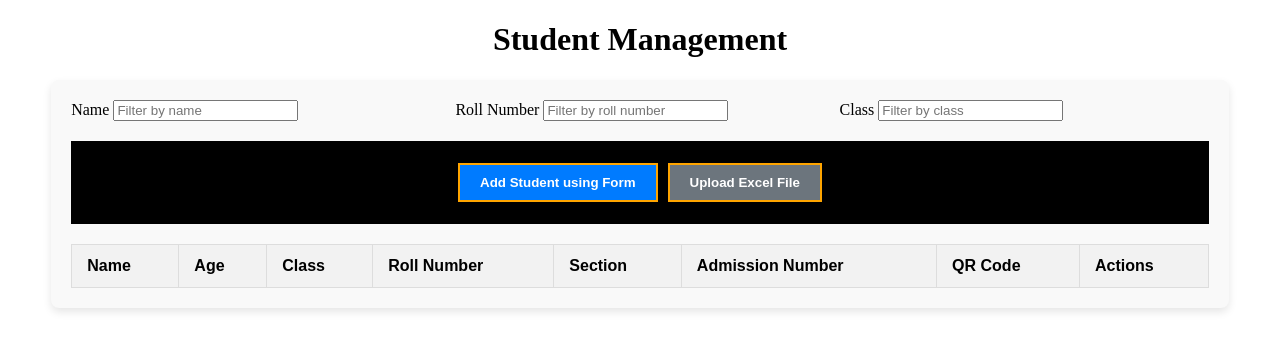
Repository: Hitesh8980/Student_Management
Page: / (app in Front-end/)
An editor plug-in stored every save of this project. The page is shown before and after the next save, followed by the edit.
The browser window is 1280 px wide. The pictures show the whole page.
The page's requests for data from a server got no answer. The project was rebuilt for these pictures with package versions that can differ from the ones it lists, and the page was loaded fresh each time. No one was signed in, and anything a server would have sent is missing. Also part of the build but not shown: Front-end/vite.config.js, Front-end/src/components/QrcodeGenerator.jsx, Front-end/src/components/StudentForm.jsx, Front-end/src/components/Fileupload.jsx.

Above is the page before, as saved 2024-09-18 17:01:55.

After the next save:
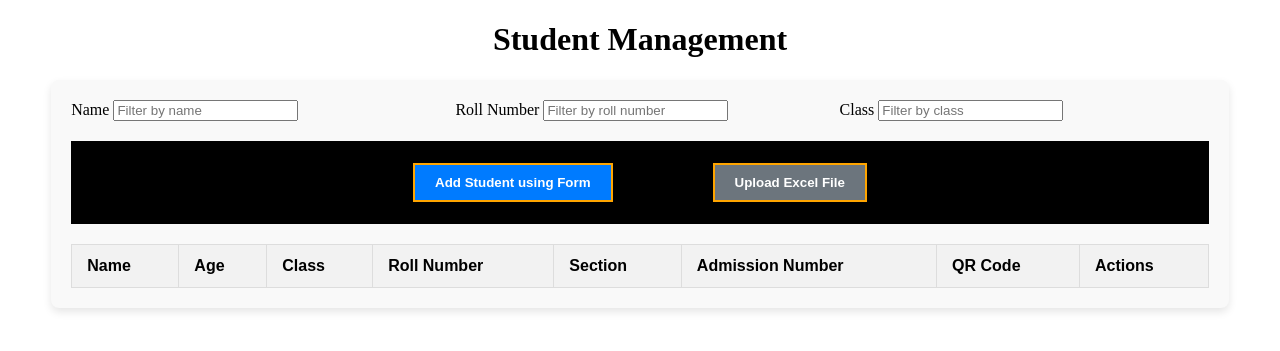
Saved 21 s later.
--- a/Front-end/src/components/Studentlist.jsx
+++ b/Front-end/src/components/Studentlist.jsx
@@ -126,7 +126,7 @@ function StudentList() {
     backgroundColor: "black",
     display: "flex",
     justifyContent: "center", // Center the buttons
-    gap: "10px", // Add space between buttons
+    gap: "100px", // Add space between buttons
   }}
 >
   <Button
